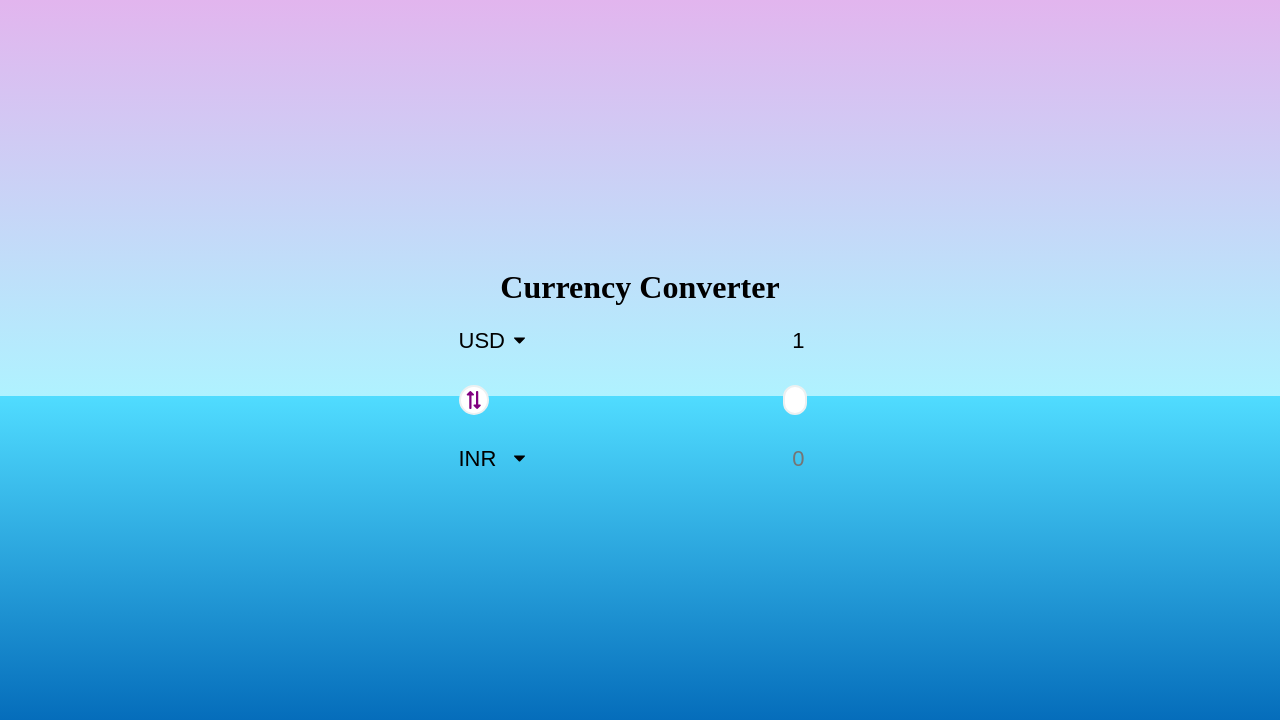
Repository: Sp4ngl3r/Currency-Converter
Page: currency.html
The author's editor kept a copy of each file at every save. The page is drawn from the files as they stood at one save, then again after the next save.
The browser window is 1280 px wide. The pictures show the whole page.
The page's requests for data from a server got no answer. Some web fonts or font styles are not loaded; a fallback is used. Some web libraries are served in a nearby version.

Above is the page before, as saved 2020-04-19 09:00:23.

After the next save:
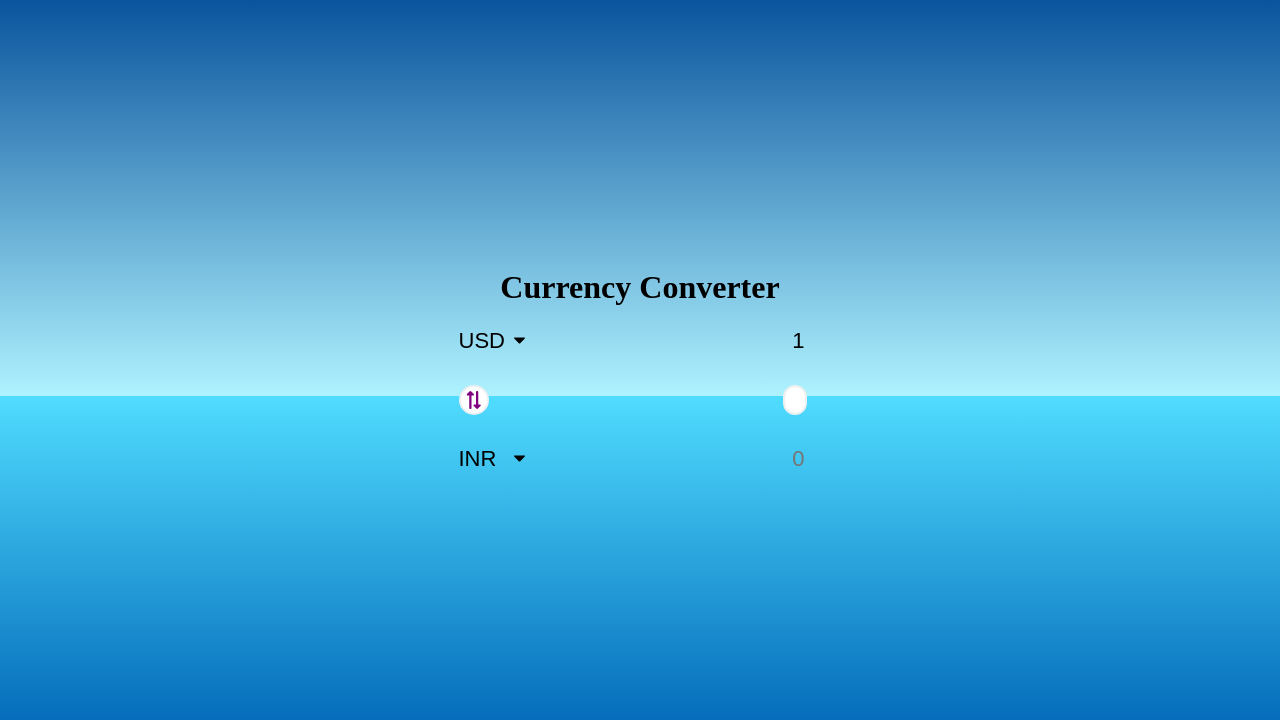
Saved 2 min 44 s later.
--- a/currency.css
+++ b/currency.css
@@ -5,7 +5,7 @@
 body {
   background: linear-gradient(
     to bottom,
-    #e2b5ee 0%,
+    #09549d 0%,
     #aff2ff 55%,
     #50dcff 55%,
     #056dbb 100%
